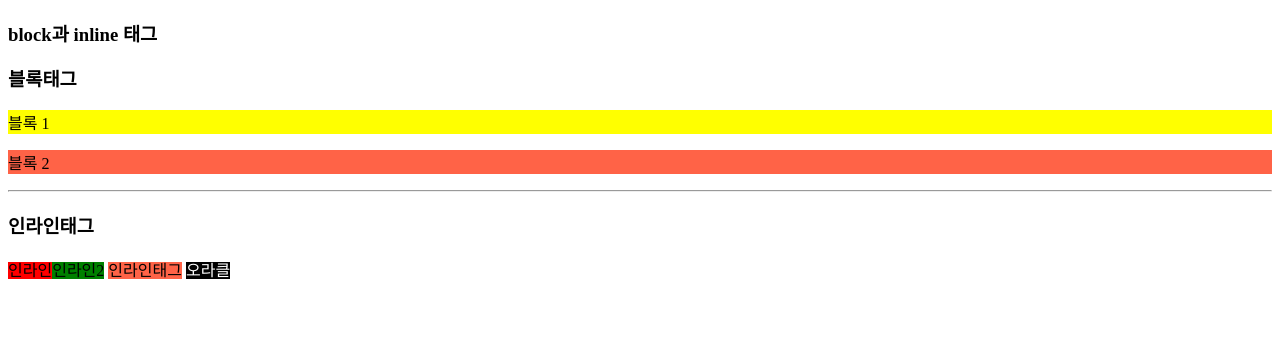
Repository: JiYoon0712/HTML_CSS_javascript
Page: work/study/src/main/webapp/htmlEx/ch02/ex04.html
An editor plug-in stored every save of this project. The page is shown before and after the next save, followed by the edit.
The browser window is 1280 px wide. The pictures show the whole page.

Above is the page before, as saved 2023-04-03 02:21:16.

After the next save:
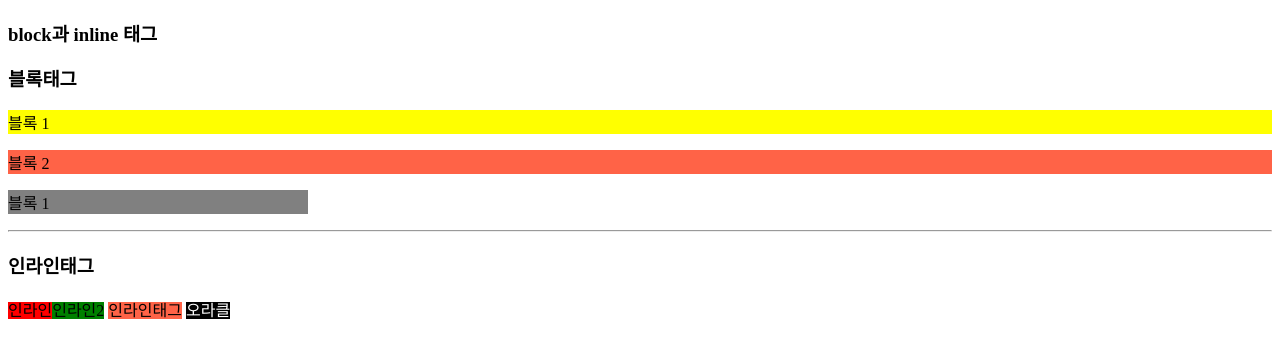
Saved 36 s later.
--- a/work/study/src/main/webapp/htmlEx/ch02/ex04.html
+++ b/work/study/src/main/webapp/htmlEx/ch02/ex04.html
@@ -11,6 +11,7 @@
 <h3>블록태그</h3>
 
 <p style="background: yellow;"> 블록 1 </p><p style="background: tomato;"> 블록 2 </p>
+<p style="width:300px; background: gray;"> 블록 1 </p>
 <hr>
 
 <h3>인라인태그</h3>
